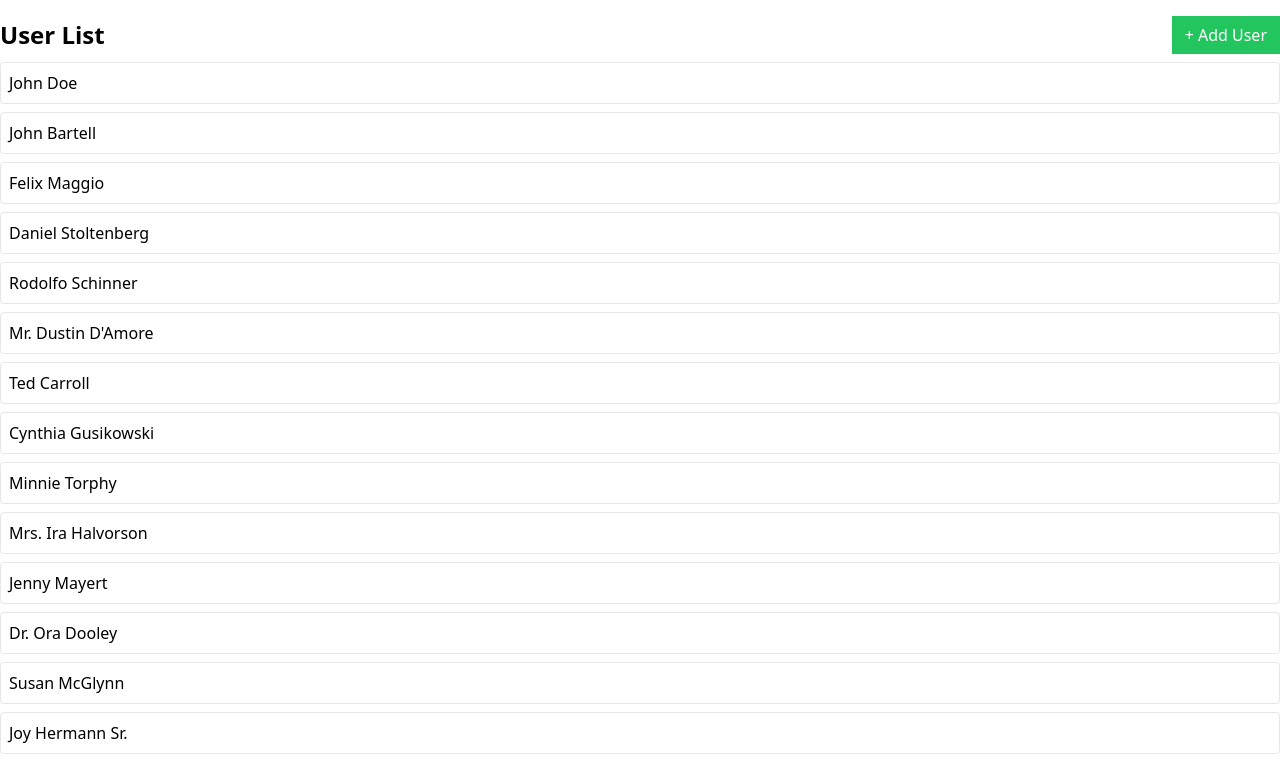
Repository: Marhamat92/users-app-redux-thunk-and-query
Page: /
The author's editor kept a copy of each file at every save. The page is drawn from the files as they stood at one save, then again after the next save.
The browser window is 1280 px wide. The pictures show the whole page.
The project was rebuilt for these pictures with package versions that can differ from the ones it lists, and the page was loaded fresh each time. Requests to the local data server were answered from the project's data file.

Above is the page before, as saved 2023-01-30 20:18:06.

After the next save:
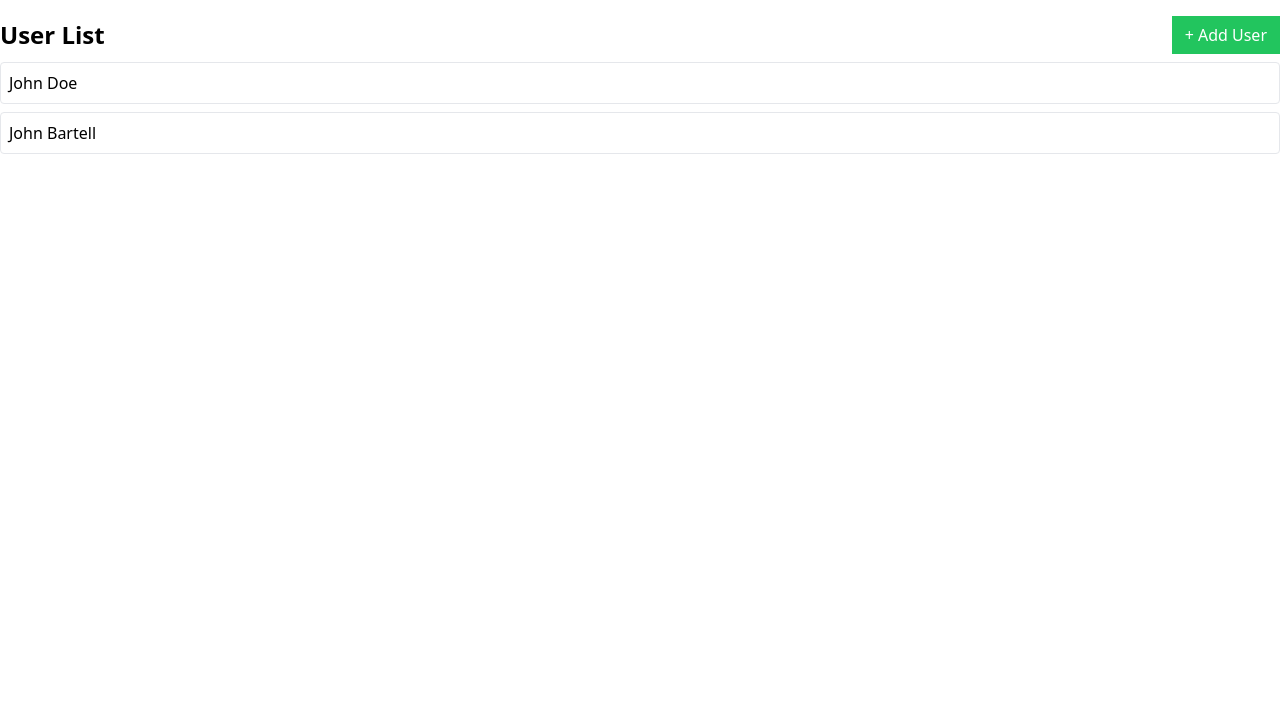
Saved 26 s later.
--- a/db.json
+++ b/db.json
@@ -7,54 +7,6 @@
     {
       "name": "John Bartell",
       "id": 2
-    },
-    {
-      "name": "Felix Maggio",
-      "id": 3
-    },
-    {
-      "name": "Daniel Stoltenberg",
-      "id": 4
-    },
-    {
-      "name": "Rodolfo Schinner",
-      "id": 5
-    },
-    {
-      "name": "Mr. Dustin D'Amore",
-      "id": 6
-    },
-    {
-      "name": "Ted Carroll",
-      "id": 7
-    },
-    {
-      "name": "Cynthia Gusikowski",
-      "id": 8
-    },
-    {
-      "name": "Minnie Torphy",
-      "id": 9
-    },
-    {
-      "name": "Mrs. Ira Halvorson",
-      "id": 10
-    },
-    {
-      "name": "Jenny Mayert",
-      "id": 11
-    },
-    {
-      "name": "Dr. Ora Dooley",
-      "id": 12
-    },
-    {
-      "name": "Susan McGlynn",
-      "id": 13
-    },
-    {
-      "name": "Joy Hermann Sr.",
-      "id": 14
     }
 
   ],
